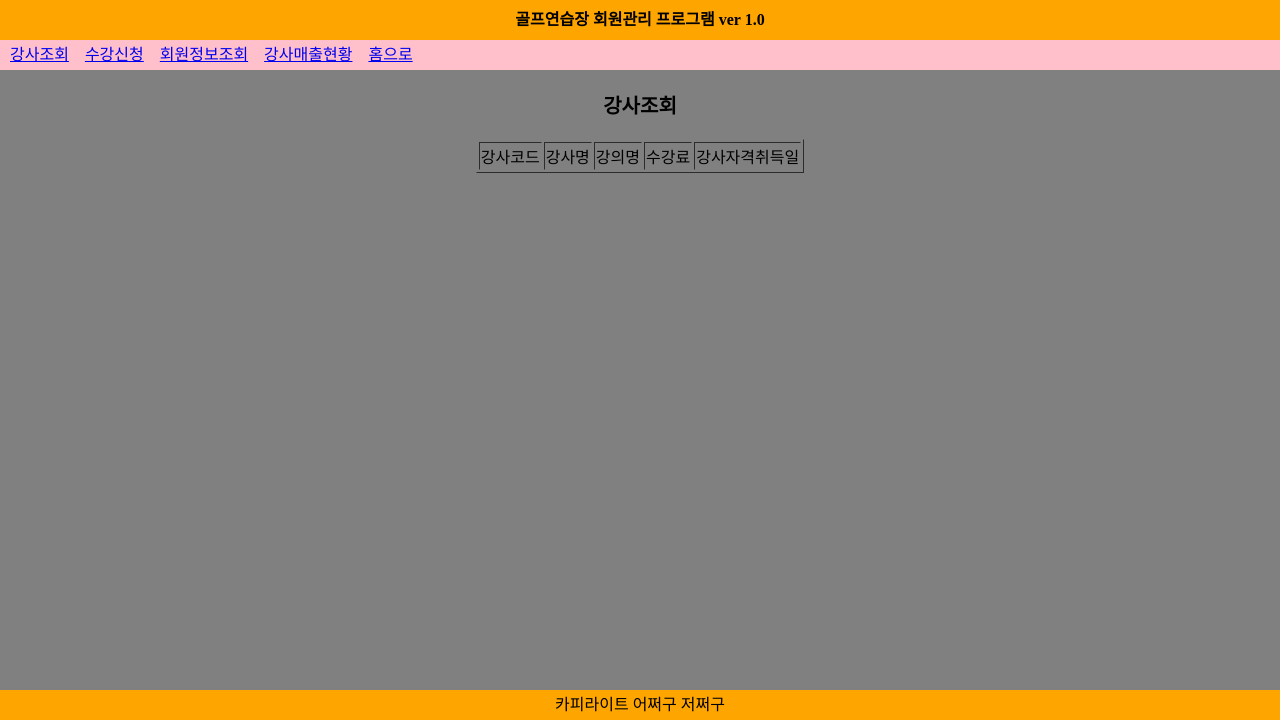
Repository: wjdwlgns1101/school_hrd
Page: http://localhost/hrd_30111_1_/t_list.jsp
These files come from the project's save history. The page is drawn as it stood at one moment and after the next save; the edit follows.
The browser window is 1280 px wide. The pictures show the whole page.
The page is served by Tomcat 9. The database holds what the project's SQL file puts in it.

Above is the page before, as saved 2024-05-06 14:56:06.

After the next save:
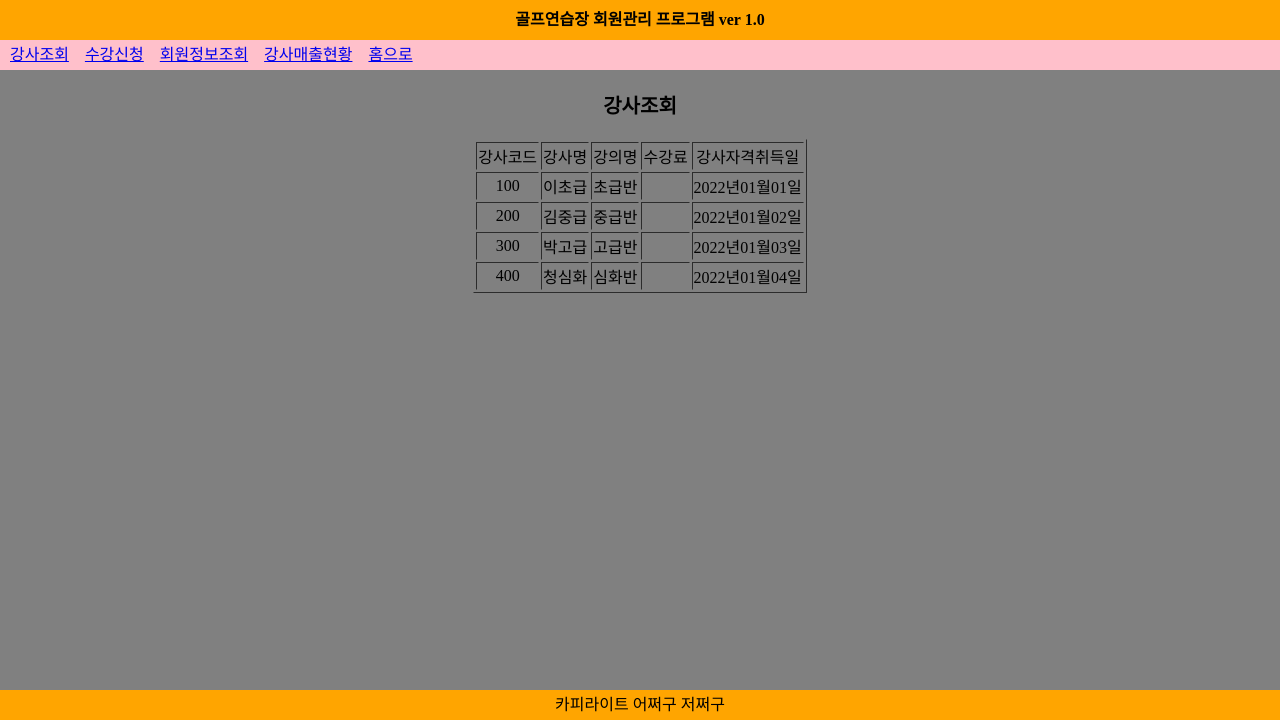
Saved 2 min 2 s later.
--- a/hrd_30111_(1)/hrd_30111(1)/src/main/webapp/t_list.jsp
+++ b/hrd_30111_(1)/hrd_30111(1)/src/main/webapp/t_list.jsp
@@ -34,16 +34,22 @@
 		 String c_price = rs.getString("class_price");
 		 String t_date = rs.getString("teach_resist_date");
 
-		 String price ="$" + c_price.substring(0,3) + "," + c_price.substring(4,7);
-		 String class_data = t_date.substring(0,4)+"년"+t_date.substring(4,6)+"월"+t_date.substring(6,8)+"일";
+		 String price = "";
+		 if (c_price.length() >= 7) {
+		     price = "$" + c_price.substring(0, 3) + "," + c_price.substring(3, 6);
+		 }
 
+		 String class_data = "";
+		 if (t_date.length() >= 8) {
+		     class_data = t_date.substring(0, 4) + "년" + t_date.substring(4, 6) + "월" + t_date.substring(6, 8) + "일";
+		 }
 %>
 	<tr>
 		<td><%= t_code %></td>
 		<td><%= t_name %></td>
 		<td><%= c_name %></td>
-		<td><%= c_price %></td>
-		<td><%= t_date %></td>
+		<td><%= price %></td>
+		<td><%= class_data %></td>
 
 	</tr>
 		 <%
@@ -52,16 +58,7 @@
  }catch(Exception e){
 	    e.printStackTrace();
  }
-
-
-
 %>
-
-
-
-
-
-
 </table>
 </div>
 </section>
